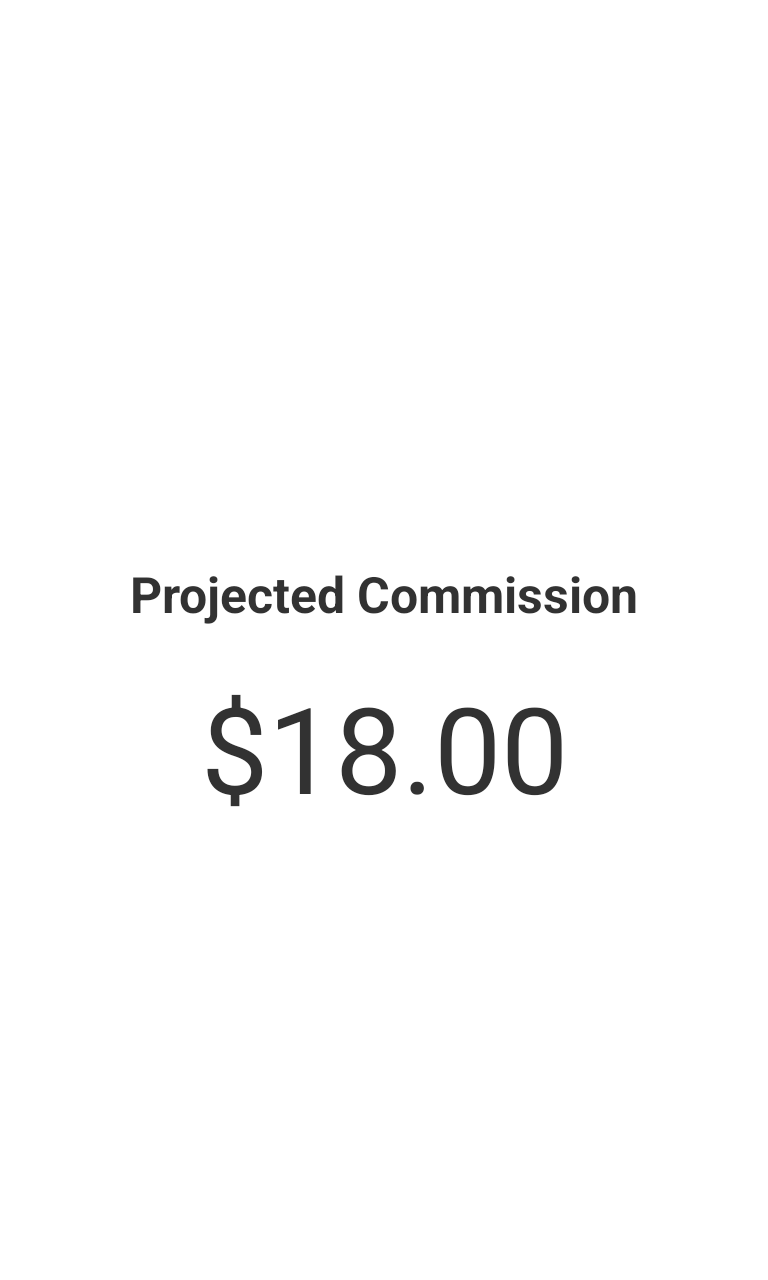
Repository: jemcphe/XCell
Layout: XCell/res/layout/data_accessory.xml
These files come from the project's save history. The layout is drawn as it stood at one moment and after the next save; the edit follows.
It is drawn on a 768 x 1280 px phone screen (xhdpi) without system bars, with theme Theme.Xcell; the app's code is not run. Lists and similar views that code fills are empty.

Above is the layout before, as saved 2013-08-27 18:45:24.

### XCell/res/layout/data_accessory.xml
<?xml version="1.0" encoding="utf-8"?>
<RelativeLayout xmlns:android="http://schemas.android.com/apk/res/android"
    android:layout_width="match_parent"
    android:layout_height="match_parent" >

    <ScrollView
        android:id="@+id/scrollView1"
        android:layout_width="match_parent"
        android:layout_height="200dp"
        android:layout_alignParentLeft="true"
        android:layout_alignParentTop="true"
        android:layout_marginTop="50dp" >

        <LinearLayout
            android:id="@+id/list"
            android:layout_width="match_parent"
            android:layout_height="200dp"
        android:layout_alignParentLeft="true"
        android:layout_alignParentTop="true"
        android:layout_marginTop="50dp"
            android:background="#fff"
            android:orientation="horizontal" >

            <ListView
                android:id="@+id/listView"
                android:layout_width="match_parent"
                android:layout_height="match_parent"
                android:drawSelectorOnTop="false"/>

        </LinearLayout>

    </ScrollView>

    <LinearLayout
        android:id="@+id/data_accessoryProjectedLayout"
        android:layout_width="match_parent"
        android:layout_height="wrap_content"
        android:layout_alignParentLeft="true"
        android:layout_below="@+id/scrollView1"
        android:layout_marginTop="10dp"
        android:orientation="vertical" >

        <TextView
            android:id="@+id/data_accessoryCommissionLabel"
            android:layout_width="match_parent"
            android:layout_height="wrap_content"
            android:layout_centerHorizontal="true"
            android:layout_marginTop="20dp"
            android:gravity="center"
            android:text="Projected Commission"
            android:textSize="25sp"
            android:textStyle="bold" />

        <TextView
            android:id="@+id/data_accessoryCommissionValue"
            android:layout_width="match_parent"
            android:layout_height="wrap_content"
            android:layout_marginTop="20dp"
            android:gravity="center"
            android:text="$18.00"
            android:textSize="60sp" />
    </LinearLayout>

</RelativeLayout>

<!-- <GridLayout
                android:layout_width="match_parent"
                android:layout_height="wrap_content"
                android:layout_alignParentTop="true"
                android:layout_centerHorizontal="true"
                android:layout_marginLeft="10dp"
                android:layout_marginRight="10dp"
                android:layout_marginTop="5dp"
                android:columnCount="4" >
		************************ Header Row ************************
                <TextView
                    android:layout_width="wrap_content"
                    android:layout_height="wrap_content"
                    android:paddingBottom="10dp"
                    android:paddingRight="30dp"
                    android:text="Date"
                    android:textSize="15sp"
                    android:textStyle="bold" />

                <TextView
                    android:layout_width="wrap_content"
                    android:layout_height="wrap_content"
                    android:paddingBottom="10dp"
                    android:paddingRight="80dp"
                    android:text="Accessory"
                    android:textSize="15sp"
                    android:textStyle="bold" />

                <TextView
                    android:layout_width="wrap_content"
                    android:layout_height="wrap_content"
                    android:paddingBottom="10dp"
                    android:paddingRight="30dp"
                    android:text="Qty"
                    android:textSize="15sp"
                    android:textStyle="bold" />

                <TextView
                    android:layout_width="wrap_content"
                    android:layout_height="wrap_content"
                    android:paddingBottom="10dp"
                    android:text="Total"
                    android:textSize="15sp"
                    android:textStyle="bold" />

         *********************** Dummy Accessories **********************

         		<TextView
                    android:layout_width="wrap_content"
                    android:layout_height="wrap_content"
                    android:paddingBottom="5dp"
                    android:paddingRight="30dp"
                    android:text="08/01"
                    android:textSize="15sp" />

                <TextView
                    android:layout_width="wrap_content"
                    android:layout_height="wrap_content"
                    android:paddingBottom="5dp"
                    android:text="Car Charger"
                    android:textSize="15sp" />

                <TextView
                    android:layout_width="wrap_content"
                    android:layout_height="wrap_content"
                    android:paddingBottom="5dp"
                    android:text="1"
                    android:textSize="15sp" />

                <TextView
                    android:layout_width="wrap_content"
                    android:layout_height="wrap_content"
                    android:paddingBottom="5dp"
                    android:text="$19.99"
                    android:textSize="15sp" />

                ********* 2 **********
                <TextView
                    android:layout_width="wrap_content"
                    android:layout_height="wrap_content"
                    android:paddingBottom="5dp"
                    android:paddingRight="30dp"
                    android:text="08/01"
                    android:textSize="15sp" />

                <TextView
                    android:layout_width="wrap_content"
                    android:layout_height="wrap_content"
                    android:paddingBottom="5dp"
                    android:text="Screen Protector"
                    android:textSize="15sp" />

                <TextView
                    android:layout_width="wrap_content"
                    android:layout_height="wrap_content"
                    android:paddingBottom="5dp"
                    android:text="1"
                    android:textSize="15sp" />

                <TextView
                    android:layout_width="wrap_content"
                    android:layout_height="wrap_content"
                    android:paddingBottom="5dp"
                    android:text="$39.99"
                    android:textSize="15sp" />

                ********* 3 **********
                <TextView
                    android:layout_width="wrap_content"
                    android:layout_height="wrap_content"
                    android:paddingBottom="5dp"
                    android:paddingRight="30dp"
                    android:text="08/01"
                    android:textSize="15sp" />

                <TextView
                    android:layout_width="wrap_content"
                    android:layout_height="wrap_content"
                    android:paddingBottom="5dp"
                    android:text="Bluetooth Headset"
                    android:textSize="15sp" />

                <TextView
                    android:layout_width="wrap_content"
                    android:layout_height="wrap_content"
                    android:paddingBottom="5dp"
                    android:text="1"
                    android:textSize="15sp" />

                <TextView
                    android:layout_width="wrap_content"
                    android:layout_height="wrap_content"
                    android:paddingBottom="5dp"
                    android:text="$99.99"
                    android:textSize="15sp" />

                ********* 4 **********
                <TextView
                    android:layout_width="wrap_content"
                    android:layout_height="wrap_content"
                    android:paddingBottom="5dp"
                    android:paddingRight="30dp"
                    android:text="08/01"
                    android:textSize="15sp" />

                <TextView
                    android:layout_width="wrap_content"
                    android:layout_height="wrap_content"
                    android:paddingBottom="5dp"
                    android:text="SD Card"
                    android:textSize="15sp" />

                <TextView
                    android:layout_width="wrap_content"
                    android:layout_height="wrap_content"
                    android:paddingBottom="5dp"
                    android:text="1"
                    android:textSize="15sp" />

                <TextView
                    android:layout_width="wrap_content"
                    android:layout_height="wrap_content"
                    android:paddingBottom="5dp"
                    android:text="$19.99"
                    android:textSize="15sp" />

                ********* 5 **********
                <TextView
                    android:layout_width="wrap_content"
                    android:layout_height="wrap_content"
                    android:paddingBottom="5dp"
                    android:paddingRight="30dp"
                    android:text="08/01"
                    android:textSize="15sp" />

                <TextView
                    android:layout_width="wrap_content"
                    android:layout_height="wrap_content"
                    android:paddingBottom="5dp"
                    android:text="Car Charger"
                    android:textSize="15sp" />

                <TextView
                    android:layout_width="wrap_content"
                    android:layout_height="wrap_content"
                    android:paddingBottom="5dp"
                    android:text="1"
                    android:textSize="15sp" />

                <TextView
                    android:layout_width="wrap_content"
                    android:layout_height="wrap_content"
                    android:paddingBottom="5dp"
                    android:text="$19.99"
                    android:textSize="15sp" />
                ********* 6 **********
                <TextView
                    android:layout_width="wrap_content"
                    android:layout_height="wrap_content"
                    android:paddingBottom="5dp"
                    android:paddingRight="30dp"
                    android:text="08/01"
                    android:textSize="15sp" />

                <TextView
                    android:layout_width="wrap_content"
                    android:layout_height="wrap_content"
                    android:paddingBottom="5dp"
                    android:text="SD Card"
                    android:textSize="15sp" />

                <TextView
                    android:layout_width="wrap_content"
                    android:layout_height="wrap_content"
                    android:paddingBottom="5dp"
                    android:text="1"
                    android:textSize="15sp" />

                <TextView
                    android:layout_width="wrap_content"
                    android:layout_height="wrap_content"
                    android:paddingBottom="5dp"
                    android:text="$19.99"
                    android:textSize="15sp" />
                *********************** Dummy Accessories **********************

         		<TextView
                    android:layout_width="wrap_content"
                    android:layout_height="wrap_content"
                    android:paddingBottom="5dp"
                    android:paddingRight="30dp"
                    android:text="08/01"
                    android:textSize="15sp" />

                <TextView
                    android:layout_width="wrap_content"
                    android:layout_height="wrap_content"
                    android:paddingBottom="5dp"
                    android:text="Car Charger"
                    android:textSize="15sp" />

                <TextView
                    android:layout_width="wrap_content"
                    android:layout_height="wrap_content"
                    android:paddingBottom="5dp"
                    android:text="1"
                    android:textSize="15sp" />

                <TextView
                    android:layout_width="wrap_content"
                    android:layout_height="wrap_content"
                    android:paddingBottom="5dp"
                    android:text="$19.99"
                    android:textSize="15sp" />

                ********* 2 **********
                <TextView
                    android:layout_width="wrap_content"
                    android:layout_height="wrap_content"
                    android:paddingBottom="5dp"
                    android:paddingRight="30dp"
                    android:text="08/01"
                    android:textSize="15sp" />

                <TextView
                    android:layout_width="wrap_content"
                    android:layout_height="wrap_content"
                    android:paddingBottom="5dp"
                    android:text="Screen Protector"
                    android:textSize="15sp" />

                <TextView
                    android:layout_width="wrap_content"
                    android:layout_height="wrap_content"
                    android:paddingBottom="5dp"
                    android:text="1"
                    android:textSize="15sp" />

                <TextView
                    android:layout_width="wrap_content"
                    android:layout_height="wrap_content"
                    android:paddingBottom="5dp"
                    android:text="$39.99"
                    android:textSize="15sp" />

                ********* 3 **********
                <TextView
                    android:layout_width="wrap_content"
                    android:layout_height="wrap_content"
                    android:paddingBottom="5dp"
                    android:paddingRight="30dp"
                    android:text="08/01"
                    android:textSize="15sp" />

                <TextView
                    android:layout_width="wrap_content"
                    android:layout_height="wrap_content"
                    android:paddingBottom="5dp"
                    android:text="Bluetooth Headset"
                    android:textSize="15sp" />

                <TextView
                    android:layout_width="wrap_content"
                    android:layout_height="wrap_content"
                    android:paddingBottom="5dp"
                    android:text="1"
                    android:textSize="15sp" />

                <TextView
                    android:layout_width="wrap_content"
                    android:layout_height="wrap_content"
                    android:paddingBottom="5dp"
                    android:text="$99.99"
                    android:textSize="15sp" />
            </GridLayout> -->

### XCell/res/drawable/selectable_background_xcell.xml
<?xml version="1.0" encoding="utf-8"?>
<!-- File created by the Android Action Bar Style Generator

     Copyright (C) 2011 The Android Open Source Project
     Copyright (C) 2012 readyState Software Ltd

     Licensed under the Apache License, Version 2.0 (the "License");
     you may not use this file except in compliance with the License.
     You may obtain a copy of the License at

          http://www.apache.org/licenses/LICENSE-2.0

     Unless required by applicable law or agreed to in writing, software
     distributed under the License is distributed on an "AS IS" BASIS,
     WITHOUT WARRANTIES OR CONDITIONS OF ANY KIND, either express or implied.
     See the License for the specific language governing permissions and
     limitations under the License.
-->

<selector xmlns:android="http://schemas.android.com/apk/res/android"
        android:exitFadeDuration="@android:integer/config_mediumAnimTime" >
    <item android:state_pressed="false" android:state_focused="true" android:drawable="@drawable/list_focused_xcell" />
    <item android:state_pressed="true" android:drawable="@drawable/pressed_background_xcell" />
    <item android:drawable="@android:color/transparent" />
</selector>

### XCell/res/drawable/btn_cab_done_xcell.xml
<?xml version="1.0" encoding="utf-8"?>
<!-- File created by the Android Action Bar Style Generator

     Copyright (C) 2011 The Android Open Source Project
     Copyright (C) 2012 readyState Software Ltd

     Licensed under the Apache License, Version 2.0 (the "License");
     you may not use this file except in compliance with the License.
     You may obtain a copy of the License at

          http://www.apache.org/licenses/LICENSE-2.0

     Unless required by applicable law or agreed to in writing, software
     distributed under the License is distributed on an "AS IS" BASIS,
     WITHOUT WARRANTIES OR CONDITIONS OF ANY KIND, either express or implied.
     See the License for the specific language governing permissions and
     limitations under the License.
-->

<selector xmlns:android="http://schemas.android.com/apk/res/android">
    <item android:state_pressed="true"
        android:drawable="@drawable/btn_cab_done_pressed_xcell" />
    <item android:state_focused="true" android:state_enabled="true"
        android:drawable="@drawable/btn_cab_done_focused_xcell" />
    <item android:state_enabled="true"
        android:drawable="@drawable/btn_cab_done_default_xcell" />
</selector>

### XCell/res/drawable/ab_background_textured_xcell.xml
<?xml version="1.0" encoding="utf-8"?>
<!-- File created by the Android Action Bar Style Generator

     Copyright (C) 2012 readyState Software Ltd

     Licensed under the Apache License, Version 2.0 (the "License");
     you may not use this file except in compliance with the License.
     You may obtain a copy of the License at

          http://www.apache.org/licenses/LICENSE-2.0

     Unless required by applicable law or agreed to in writing, software
     distributed under the License is distributed on an "AS IS" BASIS,
     WITHOUT WARRANTIES OR CONDITIONS OF ANY KIND, either express or implied.
     See the License for the specific language governing permissions and
     limitations under the License.
-->

<bitmap xmlns:android="http://schemas.android.com/apk/res/android"
    android:src="@drawable/ab_texture_tile_xcell"
    android:tileMode="repeat" />

### XCell/res/drawable/progress_horizontal_xcell.xml
<?xml version="1.0" encoding="utf-8"?>
<!-- File created by the Android Action Bar Style Generator

     Copyright (C) 2011 The Android Open Source Project
     Copyright (C) 2012 readyState Software Ltd

     Licensed under the Apache License, Version 2.0 (the "License");
     you may not use this file except in compliance with the License.
     You may obtain a copy of the License at

          http://www.apache.org/licenses/LICENSE-2.0

     Unless required by applicable law or agreed to in writing, software
     distributed under the License is distributed on an "AS IS" BASIS,
     WITHOUT WARRANTIES OR CONDITIONS OF ANY KIND, either express or implied.
     See the License for the specific language governing permissions and
     limitations under the License.
-->

<layer-list xmlns:android="http://schemas.android.com/apk/res/android">

    <item android:id="@android:id/background"
          android:drawable="@drawable/progress_bg_xcell" />

    <item android:id="@android:id/secondaryProgress">
        <scale android:scaleWidth="100%"
               android:drawable="@drawable/progress_secondary_xcell" />
    </item>

    <item android:id="@android:id/progress">
        <scale android:scaleWidth="100%"
               android:drawable="@drawable/progress_primary_xcell" />
    </item>

</layer-list>

### XCell/res/drawable/spinner_background_ab_xcell.xml
<?xml version="1.0" encoding="utf-8"?>
<!-- File created by the Android Action Bar Style Generator

     Copyright (C) 2011 The Android Open Source Project
     Copyright (C) 2012 readyState Software Ltd

     Licensed under the Apache License, Version 2.0 (the "License");
     you may not use this file except in compliance with the License.
     You may obtain a copy of the License at

          http://www.apache.org/licenses/LICENSE-2.0

     Unless required by applicable law or agreed to in writing, software
     distributed under the License is distributed on an "AS IS" BASIS,
     WITHOUT WARRANTIES OR CONDITIONS OF ANY KIND, either express or implied.
     See the License for the specific language governing permissions and
     limitations under the License.
-->

<selector xmlns:android="http://schemas.android.com/apk/res/android">
    <item android:state_enabled="false"
        android:drawable="@drawable/spinner_ab_disabled_xcell" />
    <item android:state_pressed="true"
        android:drawable="@drawable/spinner_ab_pressed_xcell" />
    <item android:state_pressed="false" android:state_focused="true"
        android:drawable="@drawable/spinner_ab_focused_xcell" />
    <item android:drawable="@drawable/spinner_ab_default_xcell" />
</selector>

### XCell/res/drawable/pressed_background_xcell.xml
<?xml version="1.0" encoding="utf-8"?>
<!-- File created by the Android Action Bar Style Generator

     Copyright (C) 2011 The Android Open Source Project
     Copyright (C) 2012 readyState Software Ltd

     Licensed under the Apache License, Version 2.0 (the "License");
     you may not use this file except in compliance with the License.
     You may obtain a copy of the License at

          http://www.apache.org/licenses/LICENSE-2.0

     Unless required by applicable law or agreed to in writing, software
     distributed under the License is distributed on an "AS IS" BASIS,
     WITHOUT WARRANTIES OR CONDITIONS OF ANY KIND, either express or implied.
     See the License for the specific language governing permissions and
     limitations under the License.
-->

<shape xmlns:android="http://schemas.android.com/apk/res/android" android:shape="rectangle">
    <solid android:color="@color/pressed_xcell" />
</shape>

### XCell/res/values/colors_xcell.xml
<?xml version="1.0" encoding="utf-8"?>
<!-- File created by the Android Action Bar Style Generator

     Copyright (C) 2011 The Android Open Source Project
     Copyright (C) 2012 readyState Software Ltd

     Licensed under the Apache License, Version 2.0 (the "License");
     you may not use this file except in compliance with the License.
     You may obtain a copy of the License at

          http://www.apache.org/licenses/LICENSE-2.0

     Unless required by applicable law or agreed to in writing, software
     distributed under the License is distributed on an "AS IS" BASIS,
     WITHOUT WARRANTIES OR CONDITIONS OF ANY KIND, either express or implied.
     See the License for the specific language governing permissions and
     limitations under the License.
-->

<resources>
    <color name="pressed_xcell">#CC33B5E5</color>
    <color name="background_xcell">#d8e8e8</color>
    <color name="xcell_blue">#12679b</color>
</resources>

Loaded but not shown: XCell/res/values/styles_xcell.xml (63 lines, source omitted); XCell/res/drawable/tab_indicator_ab_xcell.xml (37 lines, source omitted)

After the next save:
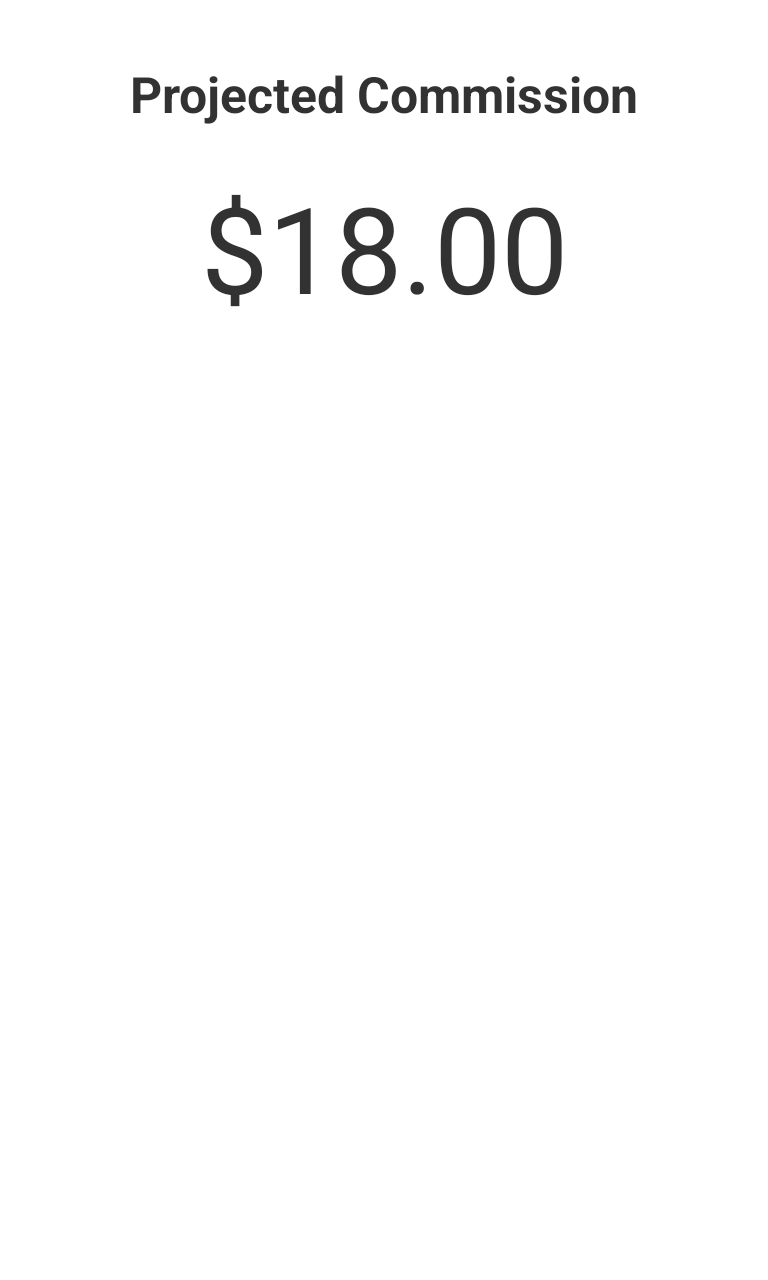
Saved 14 s later.
--- a/XCell/res/layout/data_accessory.xml
+++ b/XCell/res/layout/data_accessory.xml
@@ -3,13 +3,6 @@
     android:layout_width="match_parent"
     android:layout_height="match_parent" >
 
-    <ScrollView
-        android:id="@+id/scrollView1"
-        android:layout_width="match_parent"
-        android:layout_height="200dp"
-        android:layout_alignParentLeft="true"
-        android:layout_alignParentTop="true"
-        android:layout_marginTop="50dp" >
 
         <LinearLayout
             android:id="@+id/list"
@@ -28,8 +21,6 @@
                 android:drawSelectorOnTop="false"/>
 
         </LinearLayout>
-
-    </ScrollView>
 
     <LinearLayout
         android:id="@+id/data_accessoryProjectedLayout"
